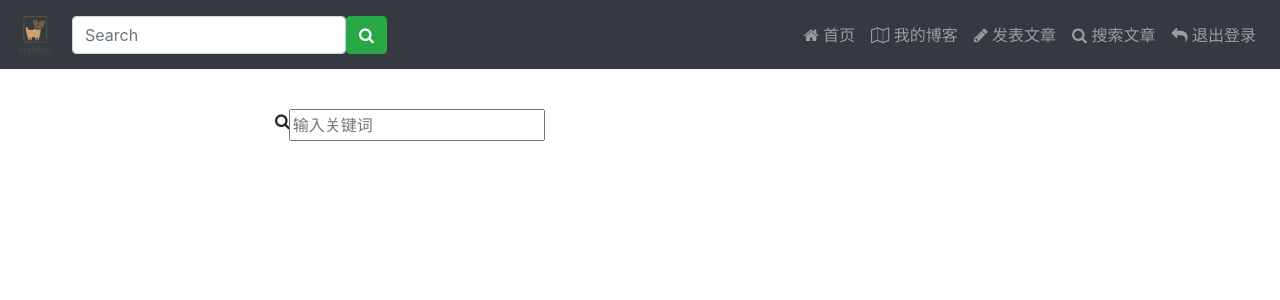
Repository: DHUAVH/Blog
Page: http://localhost/test.php
These files come from the project's save history. The page is drawn as it stood at one moment and after the next save; the edit follows.
The browser window is 1280 px wide. The pictures show the whole page.
Some web libraries are served in a nearby version. The page is run by PHP 8.4 with error messages shown; the project is at /var/www/html/. The session is filled in as if someone had signed in: {"user": "testuser"}.

Above is the page before, as saved 2020-11-08 16:45:45.

After the next save:
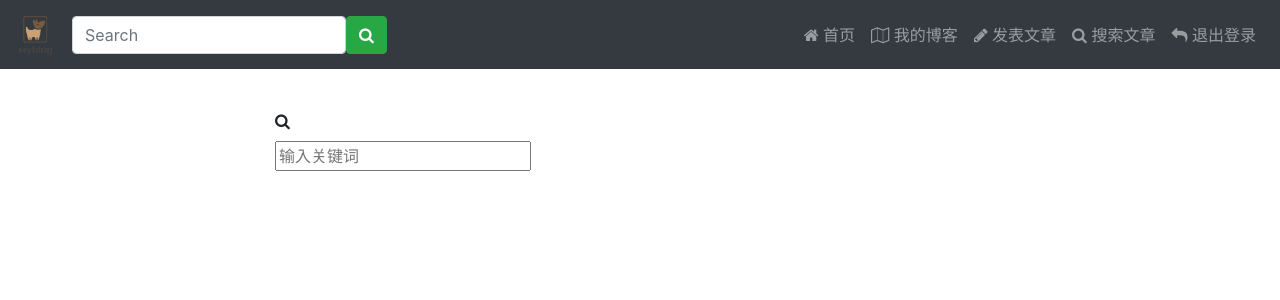
Saved 53 s later.
--- a/test.php
+++ b/test.php
@@ -11,7 +11,8 @@
 <body>
     <div class="container">
         <div class="row">
-            <div class="col-sm-8 offset-sm-2 input-group" style="margin-top: 40px;">
+            <div class="col-sm-8 offset-sm-2" style="margin-top: 40px;">
+                <div class="input-group"></div>
                 <div class="input-group-prepend">
                     <label for="search"><i class="fa fa-search"></i></label>
                 </div>        <!--弹性布局-->

After the save that followed:
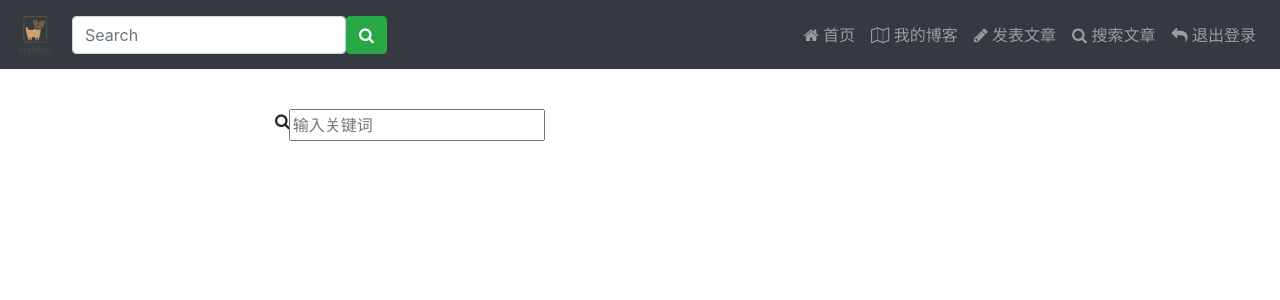
Saved 29 s later.
--- a/test.php
+++ b/test.php
@@ -11,13 +11,17 @@
 <body>
     <div class="container">
         <div class="row">
-            <div class="col-sm-8 offset-sm-2" style="margin-top: 40px;">
-                <div class="input-group"></div>
-                <div class="input-group-prepend">
-                    <label for="search"><i class="fa fa-search"></i></label>
-                </div>        <!--弹性布局-->
+            <div class="col-sm-8 offset-sm-2" style="margin-top: 40px;"> <!--弹性布局-->
+                <div class="input-group">
+                    <div class="input-group-prepend">
+                        <label for="search"><i class="fa fa-search"></i></label>
+                    </div>
 
-                <input id="search" type="text" placeholder="输入关键词" onkeyup="showHint(this.value)">
+                    <input id="search" type="text" placeholder="输入关键词" onkeyup="showHint(this.value)">
+                </div>
+
+
+
                 <div id="result"></div>
             </div>
         </div>
